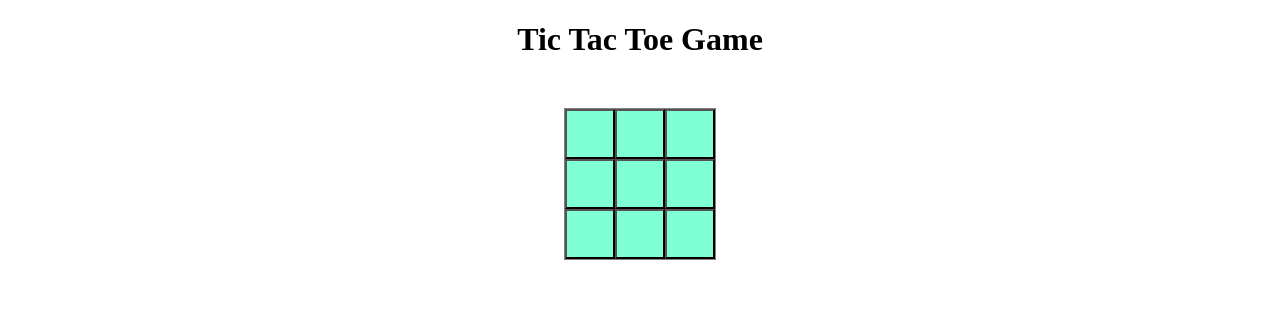
Repository: Wahid137/tic-tac-toe-game
Page: /
These files come from the project's save history. The page is drawn as it stood at one moment and after the next save; the edit follows.
The browser window is 1280 px wide. The pictures show the whole page.
The project was rebuilt for these pictures with package versions that can differ from the ones it lists, and the page was loaded fresh each time. Also part of the build but not shown: vite.config.js, src/index.css.

Above is the page before, as saved 2023-09-18 01:40:58.

After the next save:
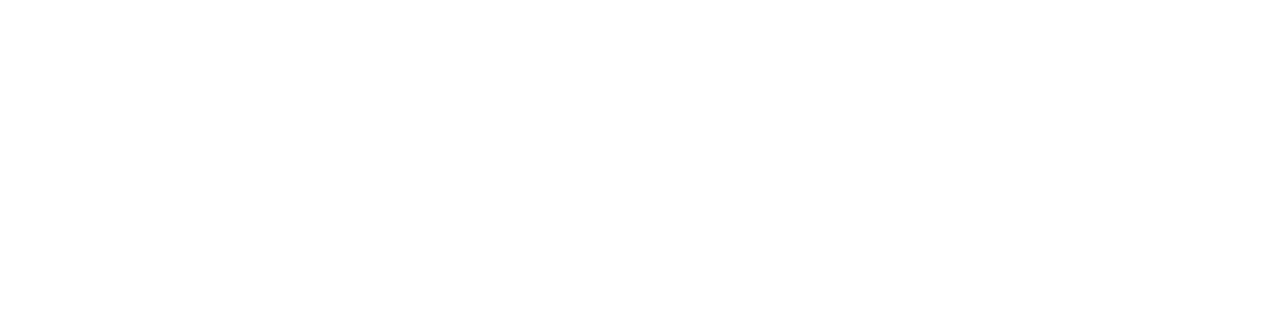
Console error: ReferenceError: resetGameHandler is not defined
Saved 13 s later.
--- a/src/Game/TicTacToeGame.jsx
+++ b/src/Game/TicTacToeGame.jsx
@@ -34,6 +34,7 @@ const TicTacToeGame = () => {
           );
         })}
       </div>
+      <button onClick={resetGameHandler}> Reset Game</button>
     </>
   );
 };

After the save that followed:
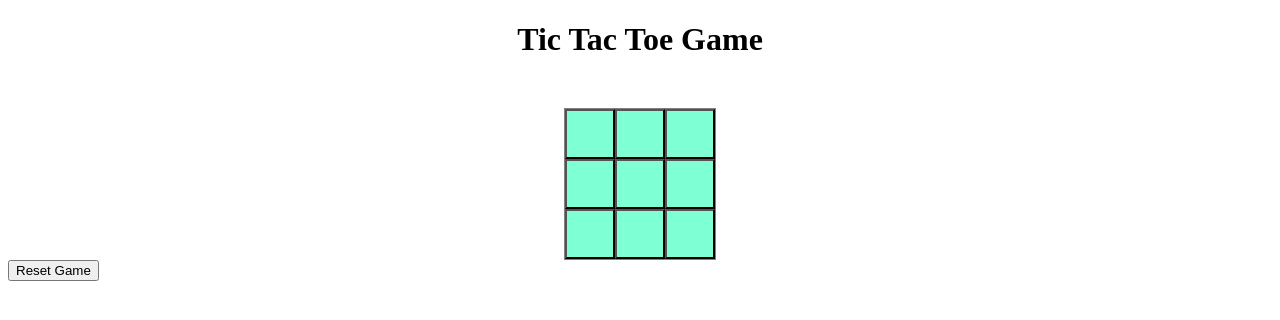
The error is gone.
Saved 14 s later.
--- a/src/Game/TicTacToeGame.jsx
+++ b/src/Game/TicTacToeGame.jsx
@@ -20,6 +20,12 @@ const TicTacToeGame = () => {
     let winner = calculateWinner(newBoard);
   };
 
+  const resetGameHandler = () => {
+    setBoard(Array(9).fill(null));
+    setPlayer("X");
+    setGameOver(false);
+  };
+
   return (
     <>
       <div className="board">
